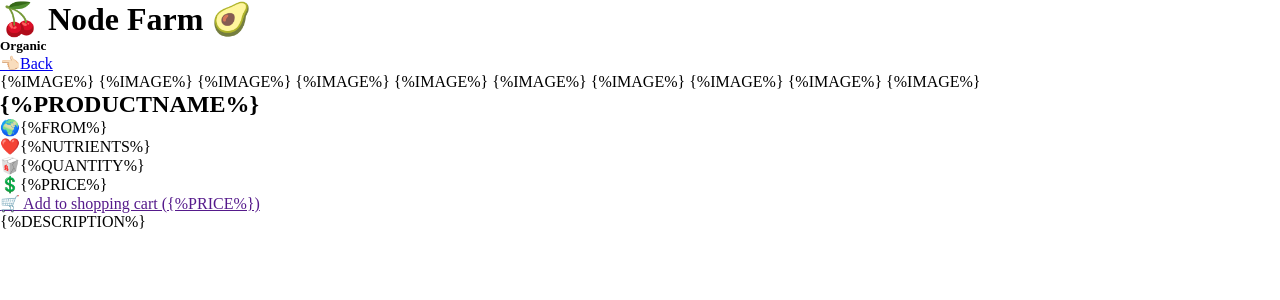
Repository: Kubraaygun/NodeFarm_Backend
Page: templates/product.html
The author's editor kept a copy of each file at every save. The page is drawn from the files as they stood at one save, then again after the next save.
The browser window is 1280 px wide. The pictures show the whole page.

Above is the page before, as saved 2025-09-04 20:32:51.

### templates/product.html
<!DOCTYPE html>
<html lang="en">
  <head>
    <meta charset="UTF-8" />
    <meta name="viewport" content="width=device-width, initial-scale=1.0" />
    <title>{%PRODUCTNAME%} {%IMAGE%} /// NODE FARM</title>
    <style>
      *,
      *::before,
      *::after {
        margin: 0;
        padding: 0;
        box-sizing: inherit;
      }
    </style>
  </head>
  <body>
    <div class="container">
      <h1>🍒 Node Farm 🥑</h1>
      <figure class="product">
        <div class="product__organic {%NOT_ORGANIC%}">
          <h5>Organic</h5>
        </div>
        <a href="/overview" class="product__back">
          <span class="emoji-left">👈🏻</span>Back</a
        >
        <div class="product__hero">
          <span class="product__emoji product__emoji--1">{%IMAGE%}</span>
          <span class="product__emoji product__emoji--2">{%IMAGE%}</span>
          <span class="product__emoji product__emoji--3">{%IMAGE%}</span>
          <span class="product__emoji product__emoji--4">{%IMAGE%}</span>
          <span class="product__emoji product__emoji--5">{%IMAGE%}</span>
          <span class="product__emoji product__emoji--6">{%IMAGE%}</span>
          <span class="product__emoji product__emoji--7">{%IMAGE%}</span>
          <span class="product__emoji product__emoji--8">{%IMAGE%}</span>
          <span class="product__emoji product__emoji--9">{%IMAGE%}</span>
          <span class="product__emoji product__emoji--10">{%IMAGE%}</span>
        </div>

        <h2 class="product__name">{%PRODUCTNAME%}</h2>
        <div class="product__details">
          <p><span class="emoji-left">🌍</span>{%FROM%}</p>
          <p><span class="emoji-left">❤️</span>{%NUTRIENTS%}</p>
          <p><span class="emoji-left">🥡</span>{%QUANTITY%}</p>
          <p><span class="emoji-left">💲</span>{%PRICE%}</p>
        </div>

        <a href="" class="product__link">
          <span class="emoji-left">🛒</span>
          <span>Add to shopping cart ({%PRICE%})</span>
        </a>
        <p class="product__description">{%DESCRIPTION%}</p>
      </figure>
    </div>
  </body>
</html>

After the next save:
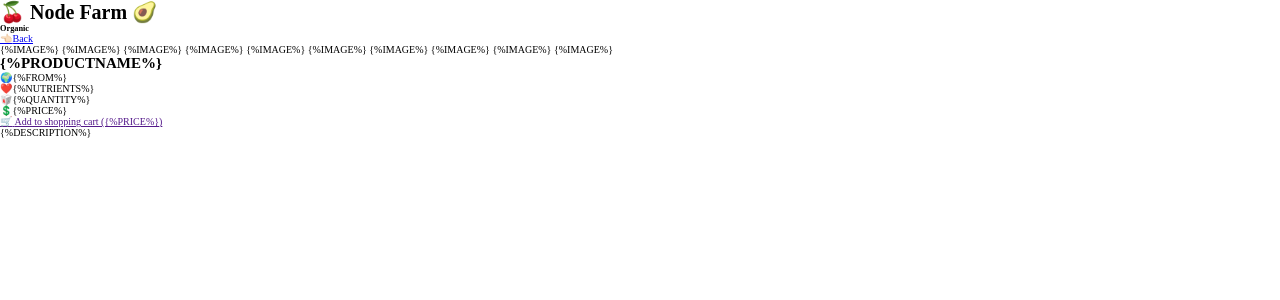
Saved 59 s later.
--- a/templates/product.html
+++ b/templates/product.html
@@ -11,6 +11,10 @@
         margin: 0;
         padding: 0;
         box-sizing: inherit;
+      }
+      html {
+        font-size: 10px;
+        box-sizing: border-box;
       }
     </style>
   </head>
